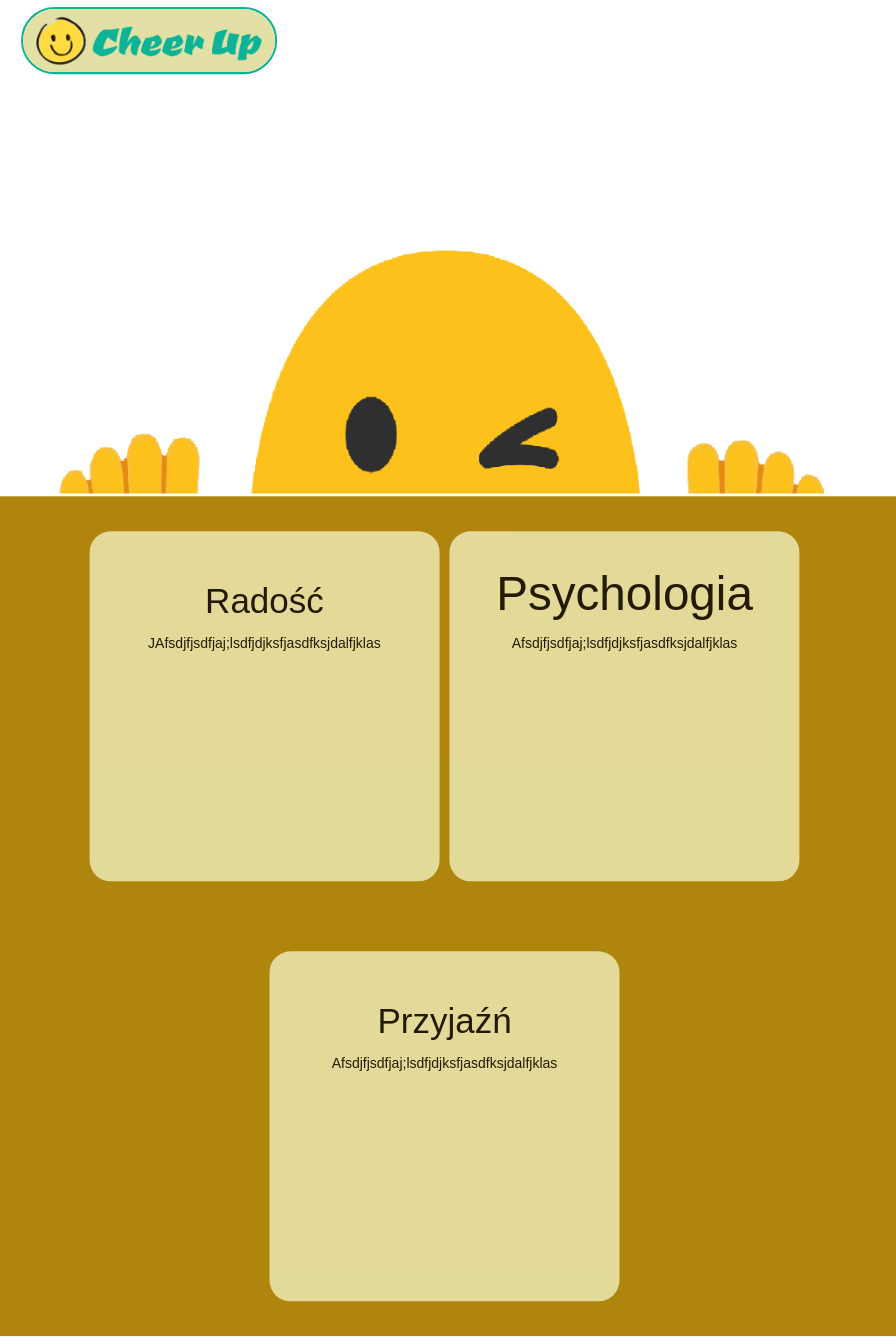
Repository: addstaw/moja-strona
Page: index.html
An editor plug-in stored every save of this project. The page is shown before and after the next save, followed by the edit.
The browser window is 1280 px wide. The pictures show the part of the page from y = 0 to 1920 px (the page is 2909 px tall before and 2916 px after), at 70% of full size.
Some web fonts or font styles are not loaded; a fallback is used.

Above is the page before, as saved 2020-04-24 14:31:38.

### index.html
<!DOCTYPE html>
<html lang="pl">
    <head>
        <meta charset="utf-8"/>
        <title> Cheer Up</title>
        <link rel="shortcut icon" href="png/logo.png" type="image/x-icon" />
        <meta name="description" content="Uśmiech to coś więcej niż prosty wyraz emocji. To nasza dusza wypuszczona na zewnątrz."/>
        <meta name="keywords" content="uśmiech, szczęście"/>
        <meta http-equiv="X-UA-Compatible" content="IE=edge, chrome=1"/>
        <link rel="stylesheet" href="css/style4.css" type="text/css"/>
        <link href="https://fonts.googleapis.com/css2?family=Ceviche+One&display=swap" rel="stylesheet">

    </head>
    <body>
        <div id="maincontainer">
            <herder>
                <div id="header">
                    <nav>
                        <span><img id="logo" src="png/header.png" width=360" height="90"/></span>
                    </nav>
                </div>
            </header>
            <div id="pause">

            </div>
            <section>
                <img id="emoticon" src="png/page3.png" width=98%" />
            </section>
        </div>
    <article>
        <div class="content">
            <div id="container">
                <div id="introduce">
                    <header><div class="headerIntroduce">Radość</div></header>
                    <article><div class="contentIntroduce">
                    JAfsdjfjsdfjaj;lsdfjdjksfjasdfksjdalfjklas
                    </div></article>
                </div>
                <div id="introduce">
                    <header><div class="headerIntroduce" id="mainHeaderIntroduce">Psychologia</div></header>
                    <article><div class="contentIntroduce">
                        Afsdjfjsdfjaj;lsdfjdjksfjasdfksjdalfjklas
                    </div></article>
                </div>
                <div id="introduce">
                    <header><div class="headerIntroduce">Przyjaźń</div></header>
                    <article><div class="contentIntroduce">
                        Afsdjfjsdfjaj;lsdfjdjksfjasdfksjdalfjklas
                    </div></article>
                </div>
            </div>
        </div>
    </article>
    <section>
        <div id="white">

        </div>
    </section>
    <footer>
        <div id="footer">

        </div>
    </footer>
    </body>
</html>

### css/style4.css
*{
    margin: 0px;
    font-family: sans-serif;
}
/*maincontaine*/
    #maincontainer{
        text-align: center;
    }
    #header{
        margin-right: 1500px;
    }
    #pause{
        height: calc(103vh - 80vw);
    }
    #logo{
        border-radius: 75px;
        border: 3px solid #0bb397;
        margin-left: 30px;
        margin-top: 10px;
        position: relative;

    }
/*Introduce*/
    .content{
        background-color: #b0850e;
        width: 100%;
        text-align: center;
    }
        .headerIntroduce{
            font-size: 50px;
            margin-top: 50px;
            margin-bottom: 20px;
            padding-top: 20px;
        }
            #mainHeaderIntroduce{
                font-size: 68px;
                padding-top: 0;
             }
        .contentIntroduce{
            font-size: 20px;
        }

    #introduce{
        width: 500px;
        height: 500px;
        background-color: #f1efbb;
        margin-top: 50px;
        margin-bottom: 50px;
        margin-right: 10px;
        display: inline-block;
        border-radius: 30px;
        opacity: 80%;
    }
    #introduce:hover{
        width: 490px;
        height: 490px;
        background-color: #f1efbb;/*#e3e0a6;*/
        margin-top: 45px;
        margin-bottom: 45px;
        margin-right: 10px;
        display: inline-block;
        border-radius: 30px;
        border: solid 5px #0bb397;
        opacity: 100%;
        transition: 0.25s;
    }
#white{
    height: 500px;
    background-color: #fff;
}
#footer{
    height: 500px;
    background-color: #0bb397;
}

After the next save:
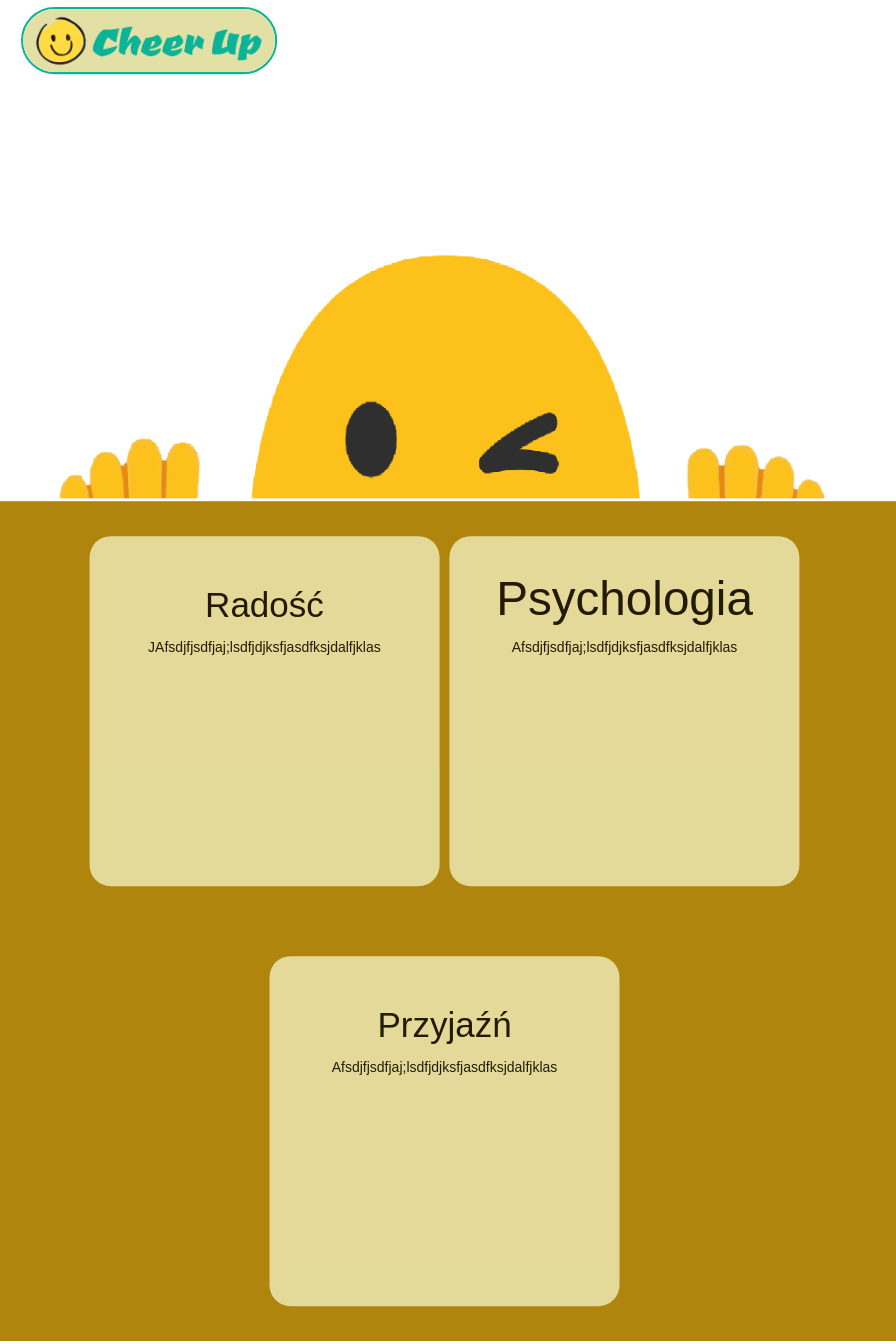
Saved 3 days later.
--- a/css/style4.css
+++ b/css/style4.css
@@ -11,6 +11,7 @@
     }
     #pause{
         height: calc(103vh - 80vw);
+        height: calc(1vh);
     }
     #logo{
         border-radius: 75px;

After the save that followed:
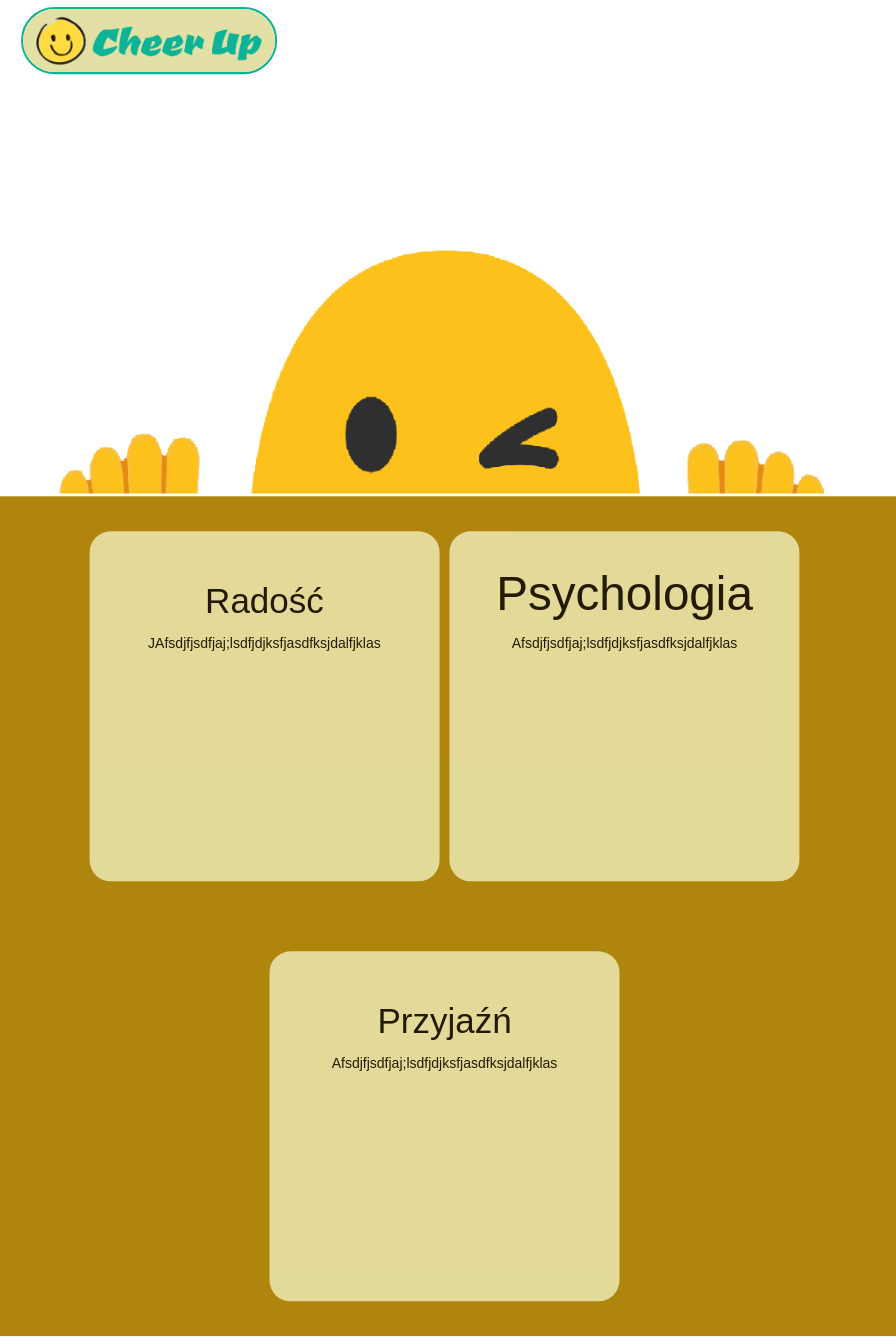
Saved 2 min 58 s later.
--- a/css/style4.css
+++ b/css/style4.css
@@ -11,7 +11,7 @@
     }
     #pause{
         height: calc(103vh - 80vw);
-        height: calc(1vh);
+        height: calc(100%);
     }
     #logo{
         border-radius: 75px;
